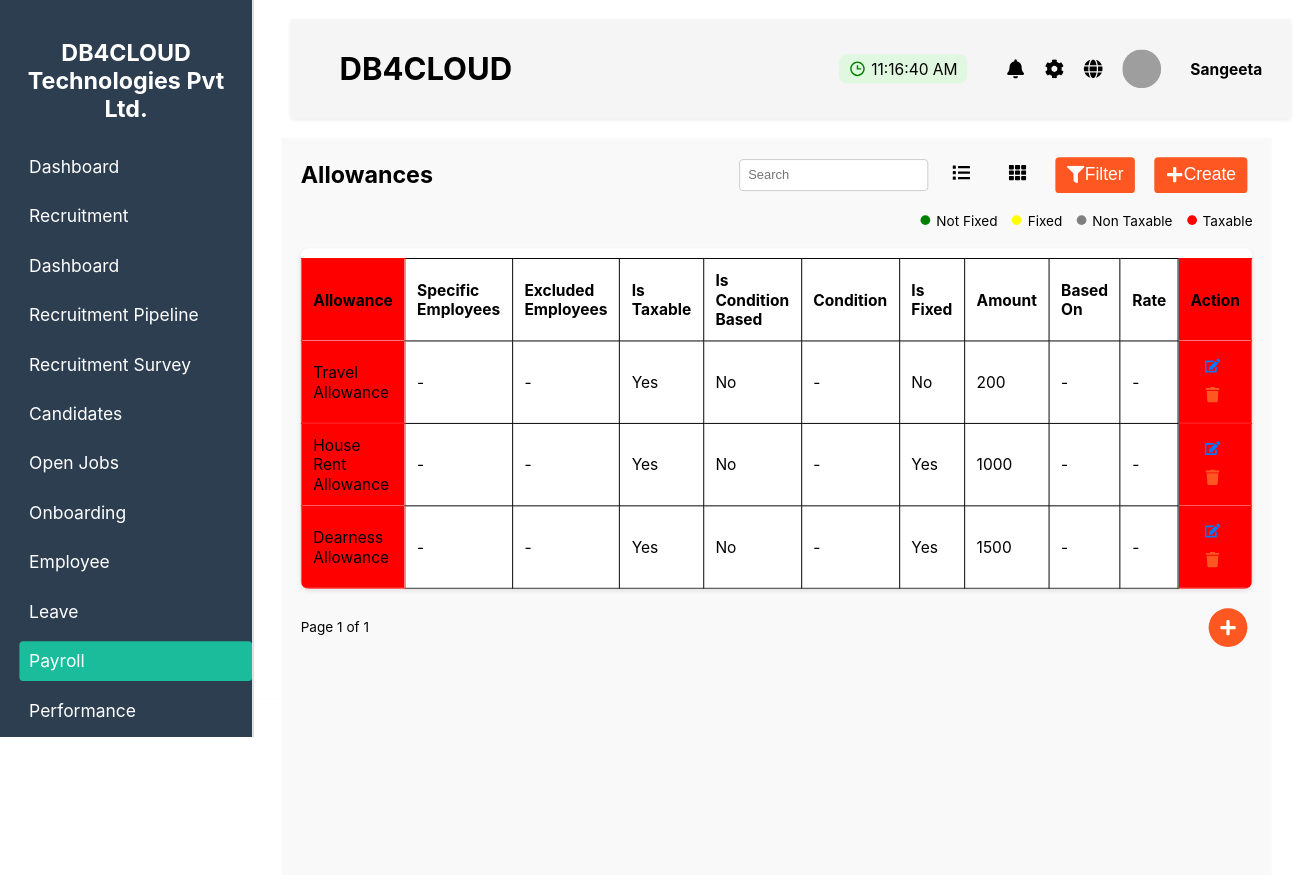
Repository: tinu-ns/Dev-code
Page: /payroll/allowances (app in HRMS-DEMO-Sang/hrms/), after clicking the first element matching `button.view-toggle`
These files come from the project's save history. The page is drawn as it stood at one moment and after the next save; the edit follows.
The browser window is 1280 px wide. The page is 1351 px wide, so the pictures cover 1351 px, including what lies to the right of the window. The pictures show the whole page, at 97% of full size.
Pictures or frames that could not be fetched are drawn as grey boxes. The project was rebuilt for these pictures with package versions that can differ from the ones it lists, and the page was loaded fresh each time. Also part of the build but not shown: HRMS-DEMO-Sang/hrms/src/components/Dashboard.js, HRMS-DEMO-Sang/hrms/src/components/Recruitment/RecruitmentDashboard.js, HRMS-DEMO-Sang/hrms/src/components/Recruitment/RecruitmentPipeline.js, HRMS-DEMO-Sang/hrms/src/components/Payroll/Contract.js, HRMS-DEMO-Sang/hrms/src/components/Payroll/Deductions.js, HRMS-DEMO-Sang/hrms/src/components/Payroll/Payslips.js, HRMS-DEMO-Sang/hrms/src/components/Payroll/PayrollDashboard.js, HRMS-DEMO-Sang/hrms/src/components/MainContent.css and 3 more.

Above is the page before, as saved 2024-11-06 17:27:16.

After the next save:
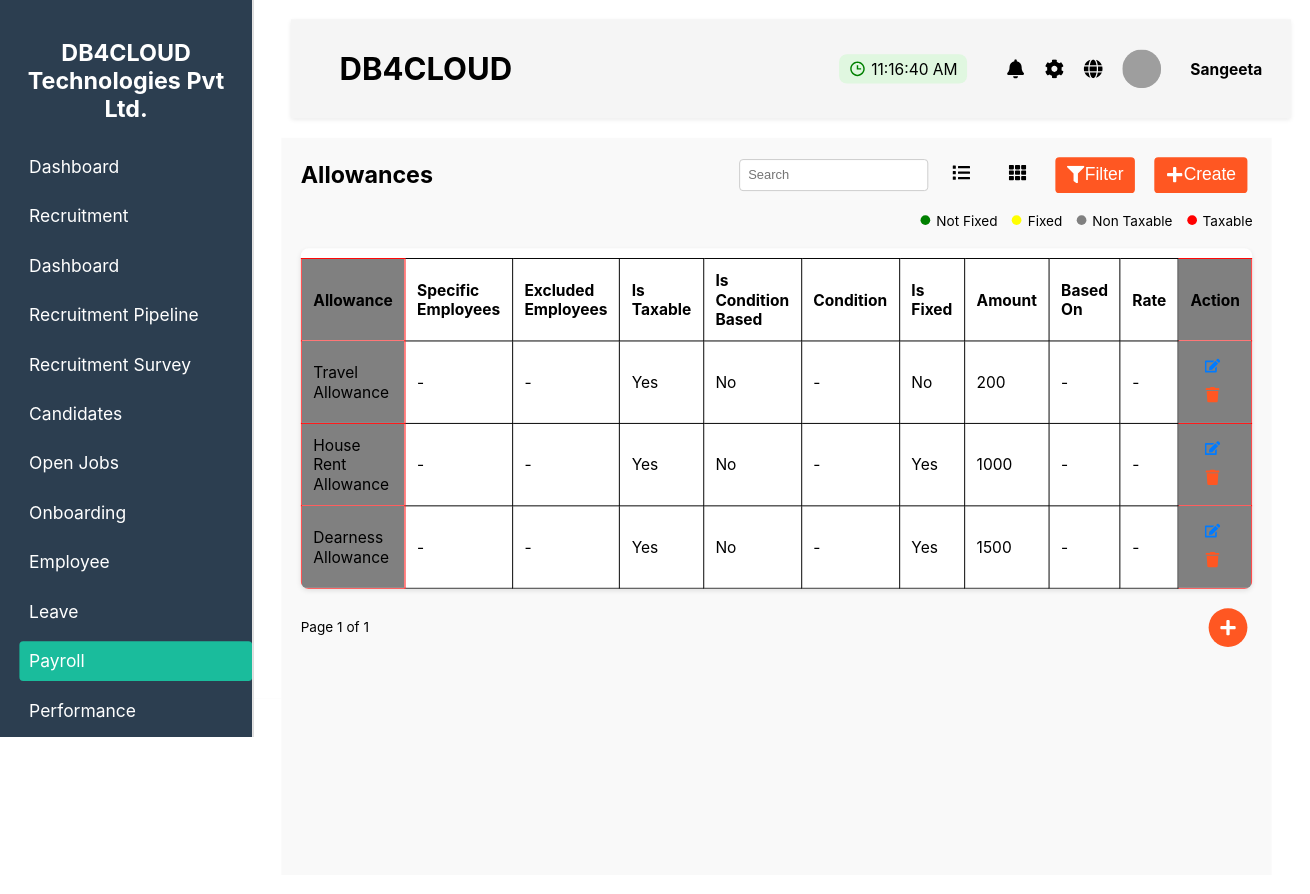
Saved 11 s later.
--- a/HRMS-DEMO-Sang/hrms/src/components/Payroll/Allowances.css
+++ b/HRMS-DEMO-Sang/hrms/src/components/Payroll/Allowances.css
@@ -151,7 +151,7 @@
   .sticky-column {
     position: sticky;
     left: 0;
-    background-color: red;
+    background-color: gray;
     box-shadow: 2px 0 5px rgba(0, 0, 0, 0.1);
     z-index: 1;
     border: 1px solid red;
